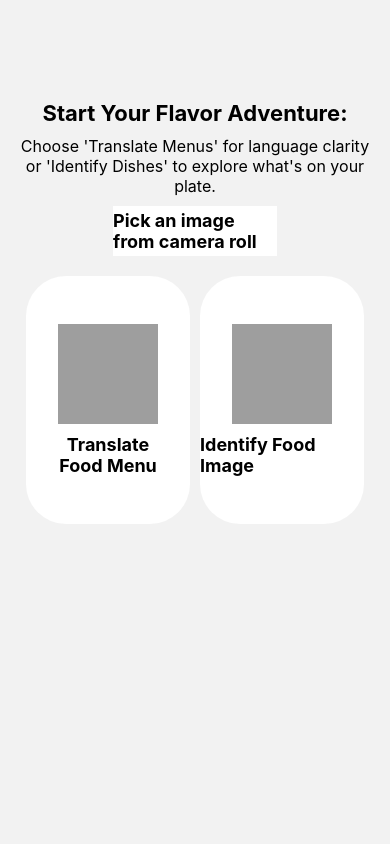
Repository: djdjdallas/taste-without-borders
Screen: /Home
An editor plug-in stored every save of this project. The screen is shown before and after the next save, followed by the edit.
Pictures or frames that could not be fetched are drawn as grey boxes. The app was drawn by React Native's web renderer in a window 390 px wide. The project was rebuilt for these pictures with package versions that can differ from the ones it lists, and the page was loaded fresh each time.

Above is the screen before, as saved 2023-12-26 20:29:26.

### App.js
import React from "react";
import { NavigationContainer } from "@react-navigation/native";
import { createNativeStackNavigator } from "@react-navigation/native-stack";
import HomeScreen from "./HomeScreen"; // Make sure the path is correct
import StartScreen from "./StartScreen";

const Stack = createNativeStackNavigator();

const App = () => {
  return (
    <NavigationContainer>
      <Stack.Navigator>
        <Stack.Screen name="Start" component={StartScreen} />
        <Stack.Screen name="Home" component={HomeScreen} />
        {/* You can add more screens to your navigator here */}
      </Stack.Navigator>
    </NavigationContainer>
  );
};

export default App;

### HomeScreen.js
import React, { useLayoutEffect, useState } from "react";
import {
  StyleSheet,
  View,
  Button,
  Image,
  Alert,
  Text,
  TouchableOpacity,
} from "react-native";
import * as ImagePicker from "expo-image-picker";
import { useNavigation } from "@react-navigation/native";
const iconForAnalyzeImage = {
  uri: "https://i.ibb.co/Y84cDxp/food1.png",
};
const iconForAnalyzeFoodImage = {
  uri: "https://i.ibb.co/VWjgcK5/food2.png",
};

const HomeScreen = () => {
  const navigation = useNavigation();
  const [selectedImage, setSelectedImage] = useState(null);
  const [responseText, setResponseText] = useState("");

  const pickImage = async () => {
    const { status } = await ImagePicker.requestMediaLibraryPermissionsAsync();
    if (status !== "granted") {
      Alert.alert(
        "Permissions required",
        "Sorry, we need camera roll permissions to make this work!"
      );
      return;
    }

    let result = await ImagePicker.launchImageLibraryAsync({
      mediaTypes: ImagePicker.MediaTypeOptions.Images,
      allowsEditing: true,
      aspect: [4, 3],
      quality: 1,
      base64: true,
    });

    if (!result.canceled && result.assets && result.assets[0].base64) {
      setSelectedImage(result.assets[0].base64);
    }
  };

  const handleResponse = (responseText) => {
    const dishes = responseText.split("\n");
    const formattedResponse = dishes.join("\n\n");
    setResponseText(formattedResponse);
  };

  const analyzeImage = async () => {
    if (selectedImage) {
      const apiKey = "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"; // Replace with your actual API key
      const endpoint = "https://api.openai.com/v1/chat/completions"; // Replace with your actual API endpoint

      const payload = {
        model: "gpt-4-vision-preview", // Replace with your model name
        messages: [
          {
            role: "user",
            content: [
              {
                type: "text",
                text: "Analyze this image and translate it into English?",
              },
              {
                type: "image_url",
                image_url: {
                  url: `data:[embedded picture, 41 characters]
                },
              },
            ],
          },
        ],
        max_tokens: 300,
      };

      try {
        const response = await fetch(endpoint, {
          method: "POST",
          headers: {
            "Content-Type": "application/json",
            Authorization: `Bearer ${apiKey}`,
          },
          body: JSON.stringify(payload),
        });

        if (!response.ok) {
          throw new Error(`HTTP error! status: ${response.status}`);
        }

        const data = await response.json();
        if (data.choices && data.choices[0]) {
          handleResponse(data.choices[0].message.content);
        } else {
          setResponseText("Unexpected response structure");
        }
      } catch (error) {
        setResponseText(`Error: ${error.message}`);
      }
    } else {
      setResponseText("No image selected");
    }
  };

  const analyzeFoodImage = async () => {
    if (selectedImage) {
      const apiKey = "YOUR_API_KEY"; // Replace with your actual API key
      const endpoint = "YOUR_API_ENDPOINT"; // Replace with your actual API endpoint

      const payload = {
        model: "YOUR_MODEL_NAME", // Replace with your model name
        messages: [
          {
            role: "user",
            content: [
              {
                type: "text",
                text: "Analyze this food image and describe it with humor.",
              },
              {
                type: "image_url",
                image_url: {
                  url: `data:[embedded picture, 41 characters]
                },
              },
            ],
          },
        ],
        max_tokens: 300,
      };

      try {
        const response = await fetch(endpoint, {
          method: "POST",
          headers: {
            "Content-Type": "application/json",
            Authorization: `Bearer ${apiKey}`,
          },
          body: JSON.stringify(payload),
        });

        if (!response.ok) {
          throw new Error(`HTTP error! status: ${response.status}`);
        }

        const data = await response.json();
        if (data.choices && data.choices[0]) {
          handleResponse(data.choices[0].message.content);
        } else {
          setResponseText("Unexpected response structure");
        }
      } catch (error) {
        setResponseText(`Error: ${error.message}`);
      }
    } else {
      setResponseText("No image selected");
    }
  };
  useLayoutEffect(() => {
    navigation.setOptions({
      headerShown: false,
    });
  }, []);

  return (
    <View style={styles.container}>
      <View style={styles.textContainer}>
        <Text style={styles.titleText}>Start Your Flavor Adventure:</Text>
        <Text style={styles.descriptionText}>
          Choose 'Translate Menus' for language clarity or 'Identify Dishes' to
          explore what's on your plate.
        </Text>
      </View>

      <TouchableOpacity style={styles.pickButton} onPress={pickImage}>
        <Text style={styles.buttonText}>Pick an image from camera roll</Text>
      </TouchableOpacity>

      {selectedImage && (
        <Image
          source={{ uri: `data:[embedded picture, 40 characters] }}
          style={styles.image}
        />
      )}

      <View style={styles.buttonGroup}>
        <TouchableOpacity style={styles.button} onPress={analyzeImage}>
          <Image source={iconForAnalyzeImage} style={styles.icon} />
          <Text style={styles.buttonText}>Translate</Text>
          <Text style={styles.buttonText}>Food Menu</Text>
        </TouchableOpacity>

        <TouchableOpacity style={styles.button} onPress={analyzeFoodImage}>
          <Image source={iconForAnalyzeFoodImage} style={styles.icon} />
          <Text style={styles.buttonText}>Identify Food Image</Text>
        </TouchableOpacity>
      </View>

      {responseText ? (
        <Text style={styles.responseText}>{responseText}</Text>
      ) : null}
    </View>
  );
};

const styles = StyleSheet.create({
  container: {
    flex: 1,
    justifyContent: "flex-start",
    alignItems: "center",
    padding: 20,
    backgroundColor: "#F2F2F2",
  },
  textContainer: {
    alignItems: "left",
    marginTop: 80,
  },
  titleText: {
    fontSize: 22,
    fontWeight: "bold",
    textAlign: "center",
  },
  descriptionText: {
    fontSize: 16,
    textAlign: "center",
    marginVertical: 10,
  },
  buttonGroup: {
    flex: 1,
    flexDirection: "row",
    marginTop: 20,
    gap: 10,
  },
  button: {
    width: 164,
    height: 248,
    justifyContent: "center",
    alignItems: "center",
    // Assuming you want to set the width to 80% of the screen width
    alignItems: "center",
    backgroundColor: "white",
    borderRadius: 40,
  },
  pickButton: {
    width: 164,
    height: 50,
    justifyContent: "center",
    alignItems: "center",
    // Assuming you want to set the width to 80% of the screen width
    alignItems: "center",
    backgroundColor: "white",
  },
  buttonText: {
    fontSize: 18,
    color: "#000000",
    fontWeight: "bold",
  },
  icon: {
    width: 100, // Set the icon size you want
    height: 100, // Set the icon size you want
    marginBottom: 10, // Space between icon and text
  },
  image: {
    width: 200,
    height: 200,
    margin: 10,
  },
  responseText: {
    marginTop: 20,
    padding: 10,
    borderWidth: 1,
    borderColor: "#ddd",
    borderRadius: 5,
  },
});

export default HomeScreen;

### StartScreen.js
import {
  View,
  Text,
  Image,
  TouchableOpacity,
  ImageBackground,
  StyleSheet,
} from "react-native";
import React, { useLayoutEffect } from "react";
import { useNavigation } from "@react-navigation/native";

const image = { uri: "https://i.ibb.co/RQYb1f7/i-Phone-11-Pro-Max-1.png" };
const hero = { uri: "https://i.ibb.co/zQtzrR4/hero-2.png" };

const StartScreen = () => {
  const navigation = useNavigation();

  useLayoutEffect(() => {
    navigation.setOptions({
      headerShown: false,
    });
  }, []);
  return (
    <View style={styles.container}>
      <ImageBackground source={hero} resizeMode="cover" style={styles.image}>
        <TouchableOpacity
          style={styles.button}
          onPress={() => {
            navigation.navigate("Home");
            /* Handle the press event */
          }}
        >
          <Text style={styles.text}>Get Started</Text>
        </TouchableOpacity>
      </ImageBackground>
    </View>
  );
};

const styles = StyleSheet.create({
  container: {
    flex: 1,
  },
  image: {
    flex: 1,
    justifyContent: "flex-end", // Aligns children to the bottom
    alignItems: "center", // Centers children horizontally
  },
  text: {
    color: "#FA4A0C", // Given text color
    fontSize: 16, // Adjusted for typical button text
    fontWeight: "bold",
  },
  button: {
    width: 314, // Width as per your requirement
    height: 70, // Height as per your requirement
    justifyContent: "center", // Center the text vertically
    alignItems: "center", // Center the text horizontally
    backgroundColor: "white", // Button background color
    marginBottom: 80, // Distance from the bottom
    borderRadius: 50, // Distance from the bottom
  },
});

export default StartScreen;

After the next save:
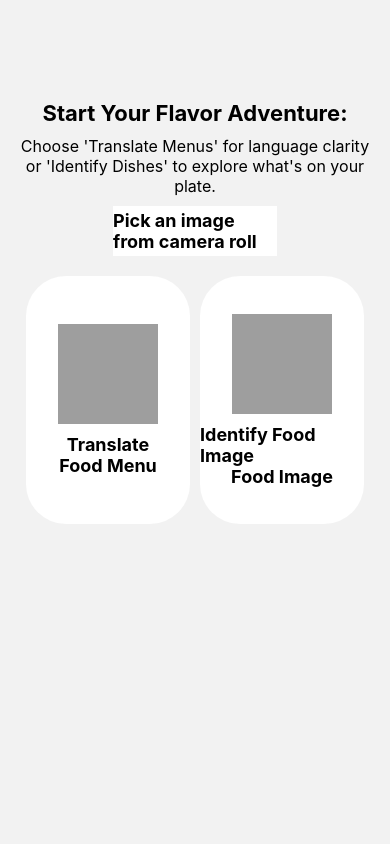
Saved 15 s later.
--- a/HomeScreen.js
+++ b/HomeScreen.js
@@ -197,6 +197,7 @@ const HomeScreen = () => {
         <TouchableOpacity style={styles.button} onPress={analyzeFoodImage}>
           <Image source={iconForAnalyzeFoodImage} style={styles.icon} />
           <Text style={styles.buttonText}>Identify Food Image</Text>
+          <Text style={styles.buttonText}>Food Image</Text>
         </TouchableOpacity>
       </View>
 
